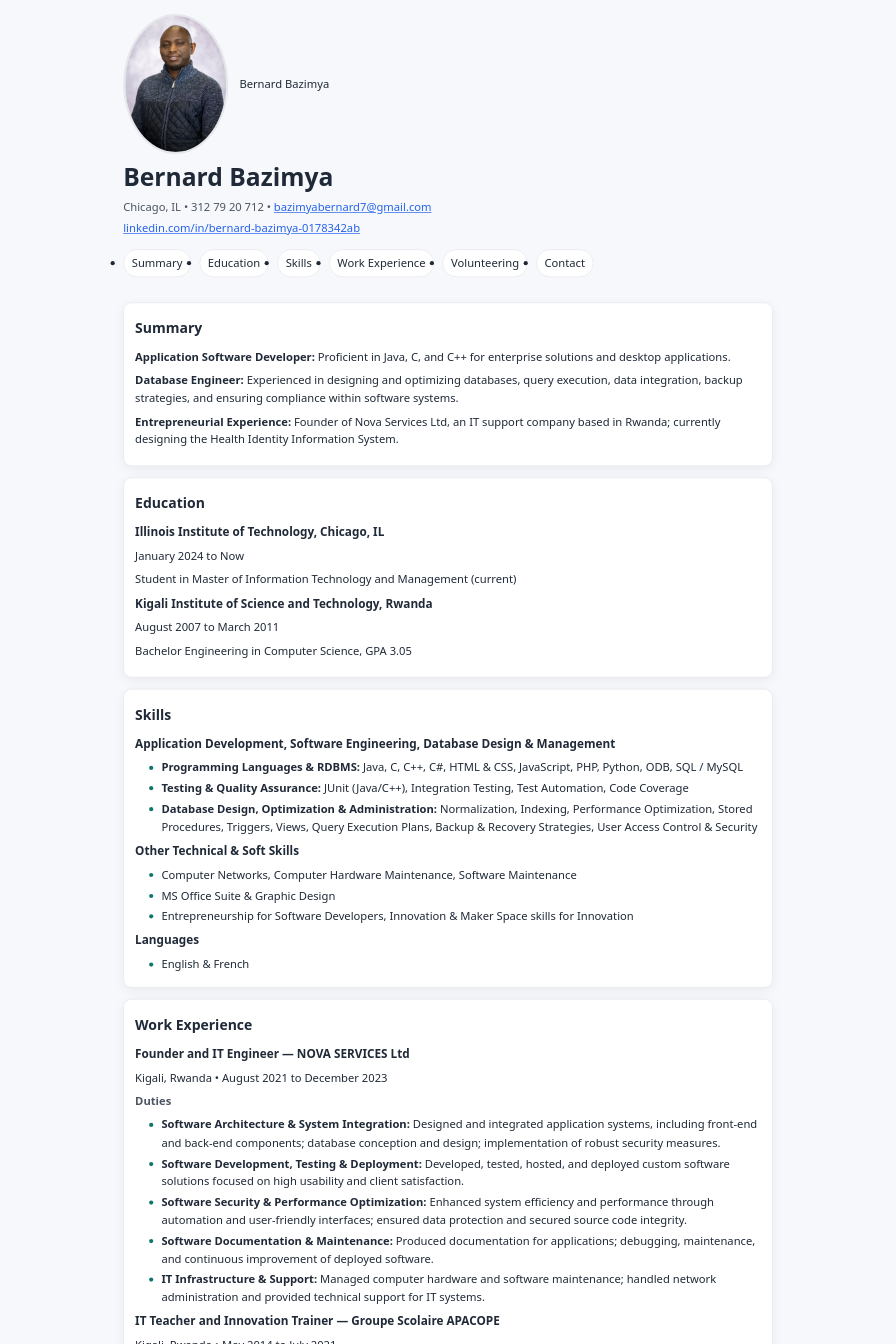
Repository: bbazimya/bernardbazimya-resume
Page: index.html
The author's editor kept a copy of each file at every save. The page is drawn from the files as they stood at one save, then again after a run of saves.
The browser window is 1280 px wide. The pictures show the part of the page from y = 0 to 1920 px (the page is 2737 px tall), at 70% of full size.

Above is the page before, as saved 2025-09-11 02:38:31.

After the next 3 saves:
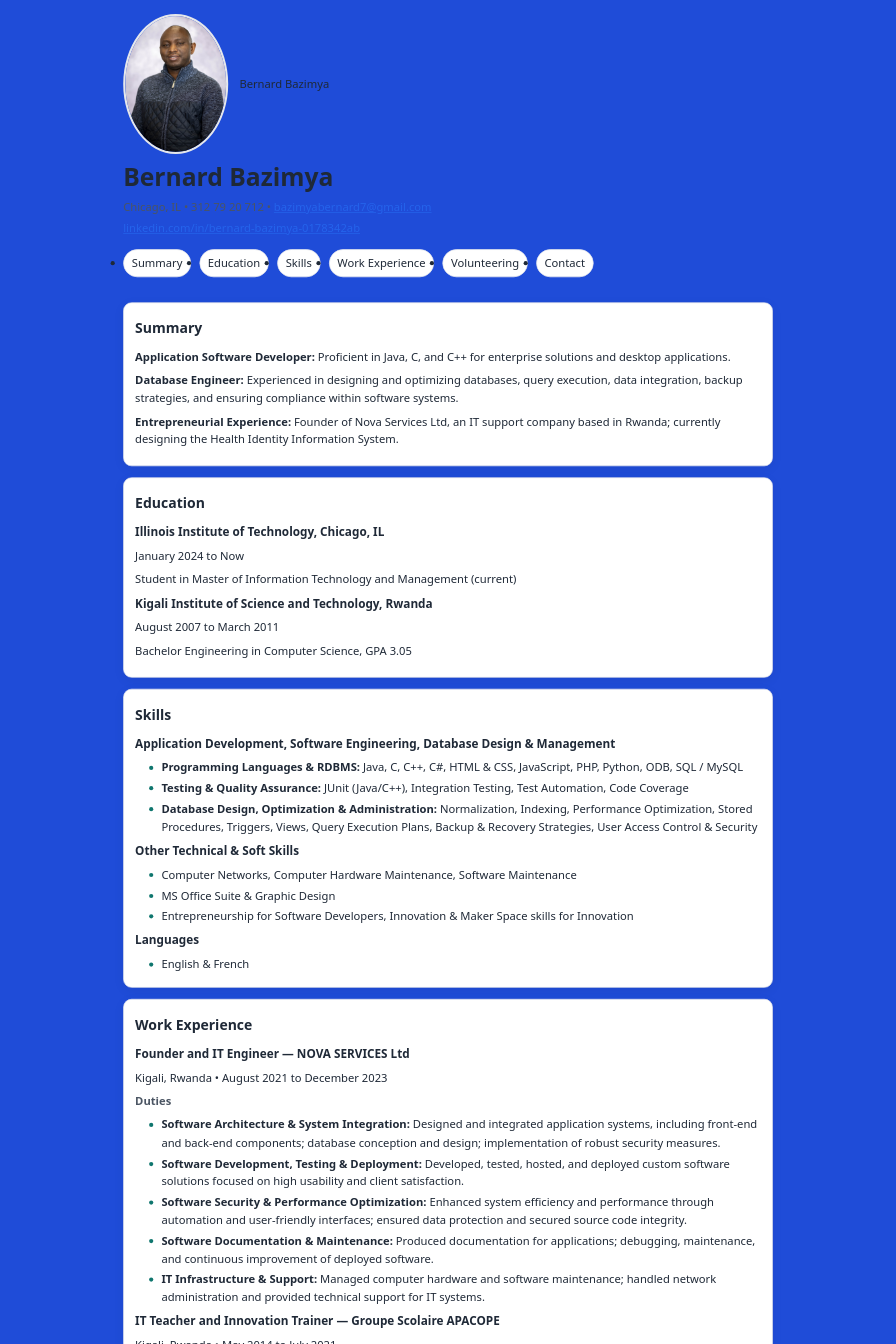
The 3 saves are shown as one change because they came seconds apart.
The last was saved 14 s later.
--- a/styles.css
+++ b/styles.css
@@ -1,6 +1,6 @@
 /* Theme colors and basic variablesinitialization*/
 :root{
-  --bg:oklab(97.922% 0.0001 -0.00423);
+  --bg:oklab(46.776% -0.02217 -0.22752 / 0.952);
   --card:#ffffff;
   --ink:#1f2937;
   --muted:#4b5563;
